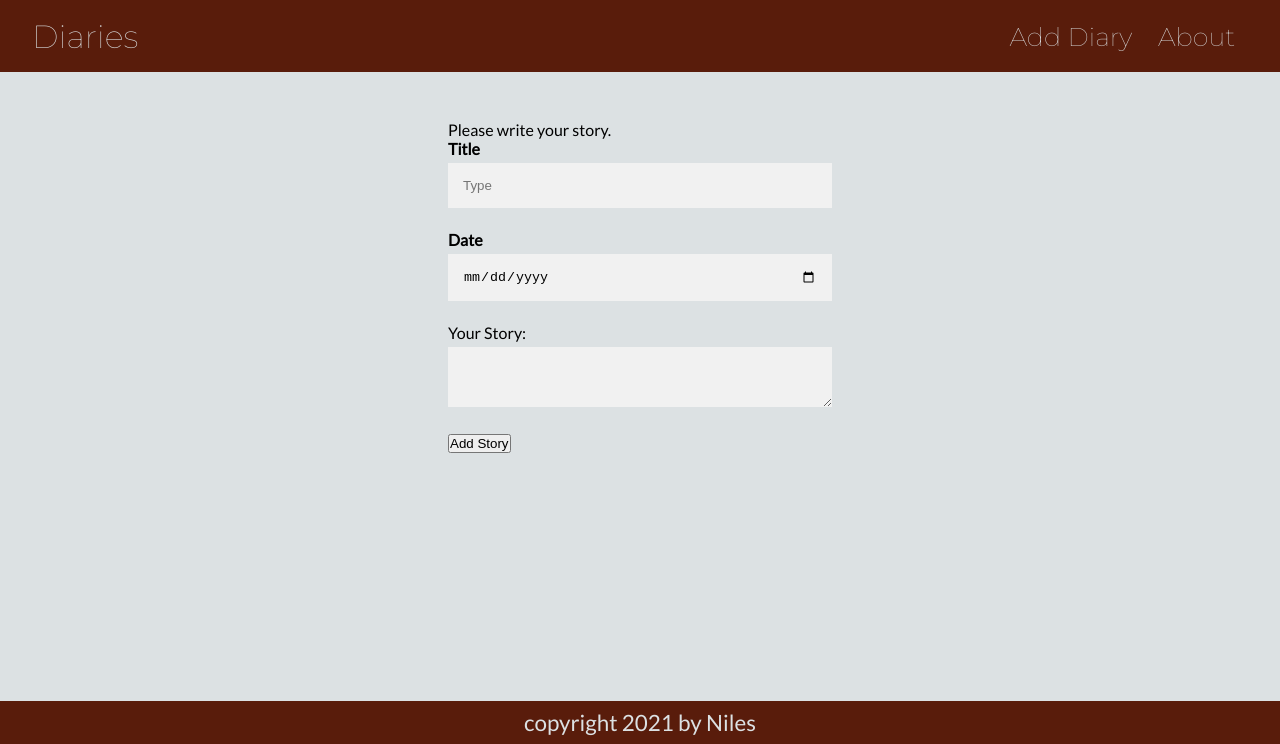
Repository: Tun-Dev/mydiary
Page: /AddDiary
The author's editor kept a copy of each file at every save. The page is drawn from the files as they stood at one save, then again after the next save.
The browser window is 1280 px wide. The pictures show the whole page.
The project was rebuilt for these pictures with package versions that can differ from the ones it lists, and the page was loaded fresh each time. Also part of the build but not shown: src/useFetch.js, src/Components/Diary.js, src/Components/DiaryHome.js, src/Components/About.js.

Above is the page before, as saved 2021-05-12 15:57:35.

After the next save:
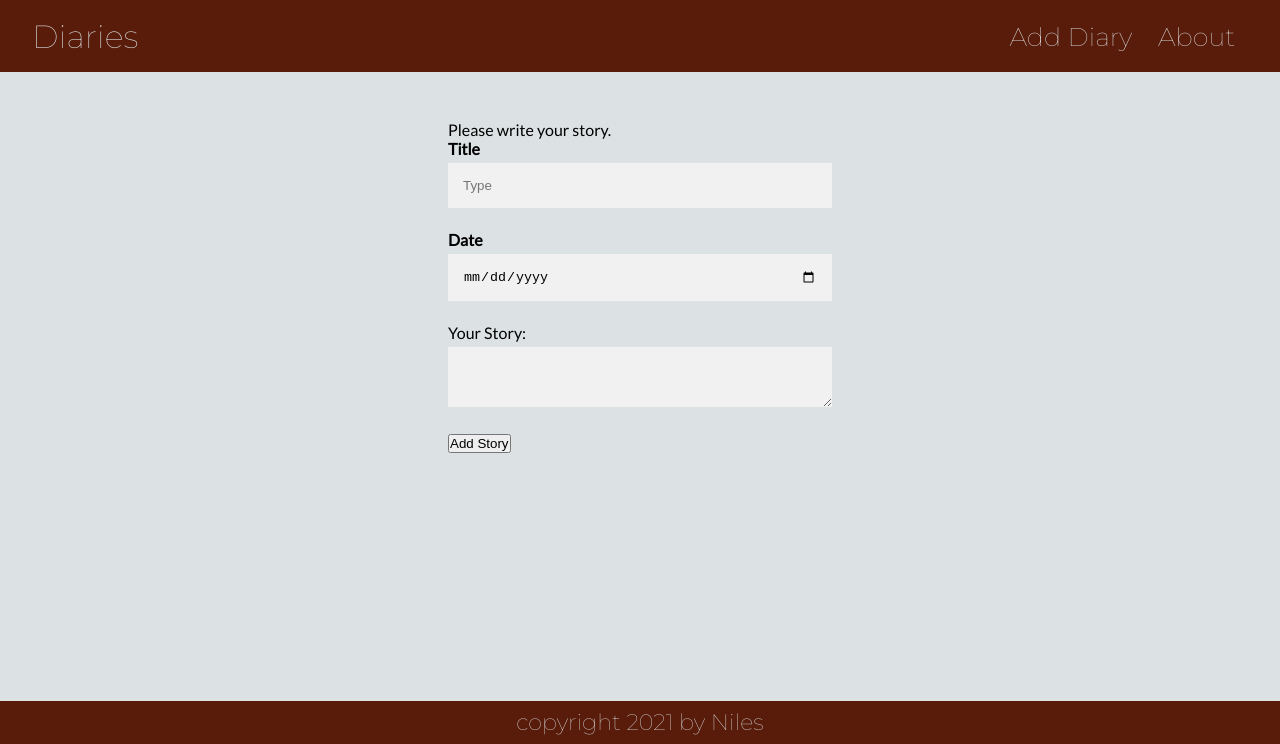
Saved 95 s later.
--- a/src/Layout/Footer.js
+++ b/src/Layout/Footer.js
@@ -17,5 +17,7 @@ background-color:  #591c0b;
 height: 6vh;
 color: #dce1e3;
 font-size: 1.4rem;
+font-family: 'Montserrat', sans-serif;
+font-weight: 100;
 `
 export default Footer
